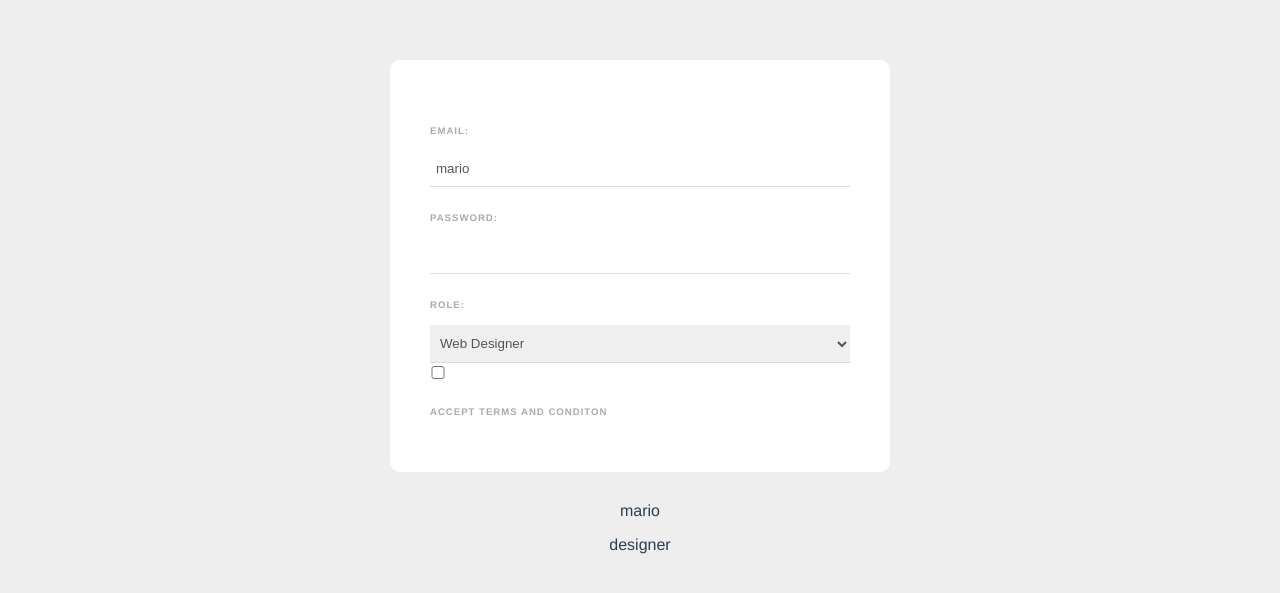
Repository: pin-seavmuy/Vue-Js
Page: /
These files come from the project's save history. The page is drawn as it stood at one moment and after the next save; the edit follows.
The browser window is 1280 px wide. The pictures show the whole page.
The project was rebuilt for these pictures with package versions that can differ from the ones it lists, and the page was loaded fresh each time. Also part of the build but not shown: vue.config.js.

Above is the page before, as saved 2023-11-15 23:52:23.

### src/App.vue
<template>
  <SignupForm/>
</template>

<script>
import SignupForm from './components/SignupForm.vue'

export default {
  name: 'App',
  components: {
    SignupForm
  }
}
</script>

<style>
#app {
  font-family: Avenir, Helvetica, Arial, sans-serif;
  -webkit-font-smoothing: antialiased;
  -moz-osx-font-smoothing: grayscale;
  text-align: center;
  color: #2c3e50;
  margin-top: 60px;
}
body{
  margin: 0;
  background: #eee;

}
</style>

### src/components/SignupForm.vue
<template>
  <form>
    <label>Email:</label>
    <input type="email" required v-model="email">

    <label>Password:</label>
    <input type="password" required v-model="password">

        <label>Role:</label>
        <select v-model="role">
            <option value="developer">Web Developer</option>
            <option value="designer">Web Designer</option>
        </select>

        <div class="terms">
            <input type="checkbox" required>
            <label>Accept terms and conditon</label>
        </div>
  </form>

  <p>{{ email }}</p>
  <p>{{ password }}</p>
  <p>{{ role}}</p>
</template>

<script>
export default {
    data(){
        return{
            email: 'mario',
            password: '',
            role: 'designer'
        }
    },
    components: []
}
</script>

<style>
    form{
        max-width: 420px;
        margin: 30px auto;
        background: #fff;
        text-align: left;
        padding: 40px;
        border-radius: 10px;
    }
    label{
        color: #aaa;
        display: flex;
        margin: 25px 0 15px;
        font-size: 0.6em;
        text-transform: uppercase;
        letter-spacing: 1px;
        font-weight: bold;
    }
    input, select{
        display: block;
        padding: 10px 6px;
        width: 100%;
        box-sizing: border-box;
        border: none;
        border-bottom: 1px solid #ddd;
        color: #555;
    }
    input[type="checkbox"]{
        display: inline-block;
        width: 16px;
        margin: 0 10px 0 0;
        position: relative;
        top: 2px;
    }
    .term{
        display: flex
    }
</style>

Loaded but not shown: public/index.html (common file); src/main.js (common file)

After the next save:
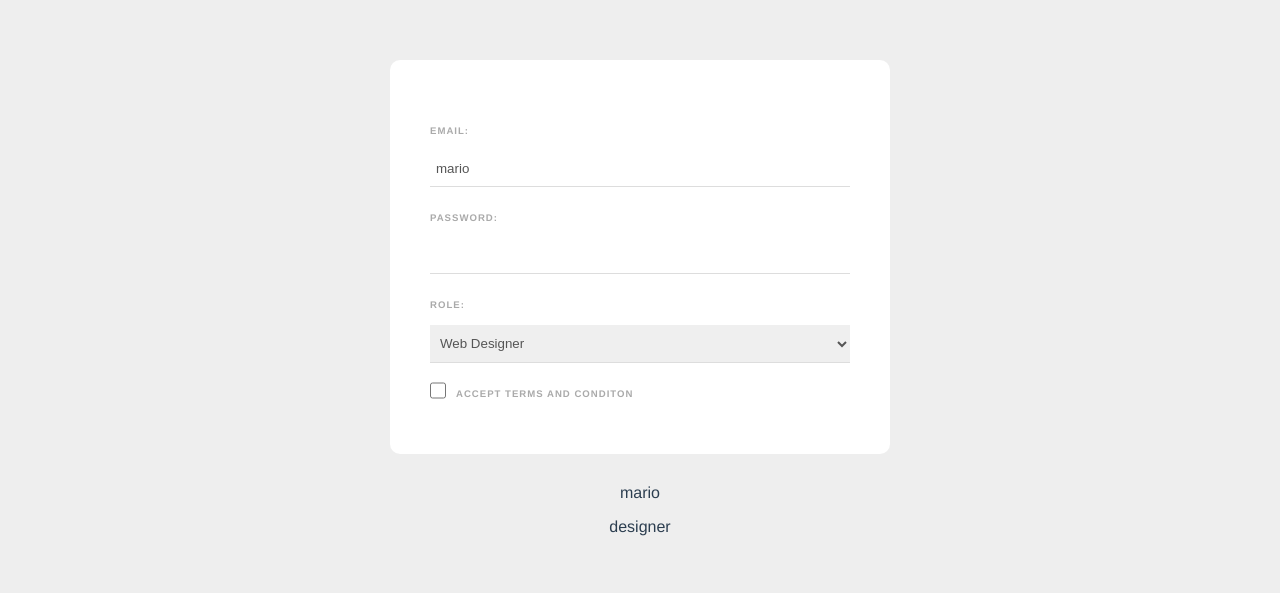
Saved 12 s later.
--- a/src/components/SignupForm.vue
+++ b/src/components/SignupForm.vue
@@ -70,7 +70,7 @@ export default {
         position: relative;
         top: 2px;
     }
-    .term{
+    .terms{
         display: flex
     }
 </style>
